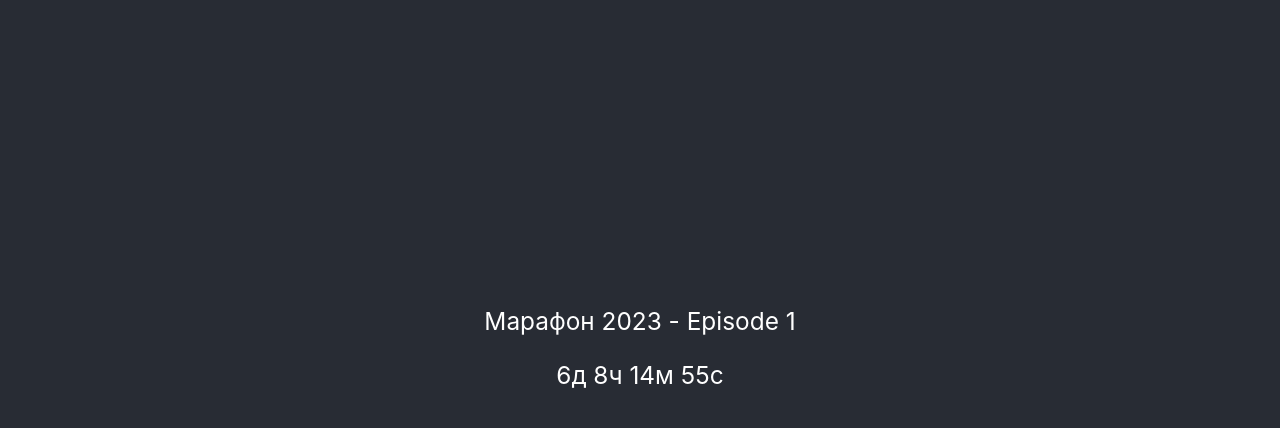
Repository: bandikost/capers
Page: /main
The author's editor kept a copy of each file at every save. The page is drawn from the files as they stood at one save, then again after the next save.
The browser window is 1280 px wide. The pictures show the whole page.
The page's requests for data from a server got no answer. The project was rebuilt for these pictures with package versions that can differ from the ones it lists, and the page was loaded fresh each time. No one was signed in, and anything a server would have sent is missing.

Above is the page before, as saved 2023-04-10 15:21:03.

### src/App.js
import logo from './logo.svg';
import './App.css';
import { BrowserRouter, Routes, Route } from "react-router-dom";
import Main from './components/Main';


function App() {
  return (
    <div className="App">
      <header className="App-header">
      <BrowserRouter >
        <Routes>
            <Route path='/main' element={<Main />}/>

        </Routes>
      </BrowserRouter>
      </header>
    </div>
  );
}

export default App;

### src/App.css
.App {
  text-align: center;
}

.App-logo {
  height: 40vmin;
  pointer-events: none;
}


.App-header {
  background-color: #282c34;
  min-height: 100vh;
  display: flex;
  flex-direction: column;
  align-items: center;
  justify-content: center;
  font-size: calc(10px + 2vmin);
  color: white;
}

.App-link {
  color: #61dafb;
}


.table {
  height: auto;
  margin: 0 auto 0;
}

.cell {
  border: 1px solid white;
  border-radius: 10px;
  width: 300px;
  margin: 50px 0px;
  display: flex;
  justify-content: space-between;
}

.cell p {
  padding: 0 20px;
}

.button {
  display: block;
  width: 120px;
  position: relative;
  z-index: 10;
  left: -140%;
  margin-top: -60px;
  height: 50px;
  opacity: 0;
}

### src/components/Main.jsx
import React, { useState, useEffect } from "react";
import firebase from "../firebase";

export const Main = () => {
  const [name, setName] = useState({});
  const [balance, setbalance] = useState({});
  const [editingUser, setEditingUser] = useState(null);
  const [targetDate, setTargetDate] = useState(null);
  const [timeRemaining, setTimeRemaining] = useState({});
  const [timer, setTimer] = useState(null);

  useEffect(() => {
    const balanceRef = firebase.database().ref("balance");
    balanceRef.on("value", (snapshot) => {
      const data = snapshot.val();
      setbalance(data);
    });
  }, []);

  useEffect(() => {
    const nameRef = firebase.database().ref("name");
    nameRef.on("value", (snapshot) => {
      const data = snapshot.val();
      setName(data);
    });
  }, []);

  useEffect(() => {
    const newTargetDate = new Date();
    newTargetDate.setDate(newTargetDate.getDate() + 6);
    newTargetDate.setHours(newTargetDate.getHours() + 8);
    newTargetDate.setMinutes(newTargetDate.getMinutes() + 15);
    setTargetDate(newTargetDate);
  }, []);

  useEffect(() => {
    if (targetDate) {
      const persistedTimer = JSON.parse(localStorage.getItem("timer"));
      if (persistedTimer) {
        setTimer(persistedTimer);
      } else {
        const newTimer = setInterval(() => {
          setTimeRemaining(calculateTimeRemaining(targetDate));
        }, 1000);
        setTimer(newTimer);
        localStorage.setItem("timer", newTimer);
      }
    }
  }, [targetDate]);

  useEffect(() => {
    return () => {
      clearInterval(timer);
      localStorage.removeItem("timer");
    };
  }, [timer]);

  function calculateTimeRemaining(targetDate) {
    const difference = +targetDate - +new Date();
    const timeRemaining = {};

    if (difference > 0) {
      timeRemaining.days = Math.floor(difference / (1000 * 60 * 60 * 24));
      timeRemaining.hours = Math.floor((difference / (1000 * 60 * 60)) % 24);
      timeRemaining.minutes = Math.floor((difference / 1000 / 60) % 60);
      timeRemaining.seconds = Math.floor((difference / 1000) % 60);
    } else {
      clearInterval(timer);
      timeRemaining.days = 0;
      timeRemaining.hours = 0;
      timeRemaining.minutes = 0;
      timeRemaining.seconds = 0;
    }

    return timeRemaining;
  }

  const handleEditClick = (user) => {
    setEditingUser(user);
  };

  const handleSaveClick = () => {
    setEditingUser(null);
  };

  const sortedBalances = Object.entries(balance).sort((a, b) => b[1] - a[1]);

  return (
    <div className="container">
      Марафон 2023 - Episode 1
      <p>
        {timeRemaining.days}д {timeRemaining.hours}ч {timeRemaining.minutes}м{" "}
        {timeRemaining.seconds}с
      </p>
    <div className="table">
      {sortedBalances.map((entry) => (
        <div className="cell" key={entry[0]}>
          <p >{name[entry[0]]}</p>
          <hr />
          {editingUser === entry[0] ? (
            <div>
              <input style={{width: "150px"}}
                type="text"
                value={balance[entry[0]]}
                onChange={(e) =>
                  firebase.database().ref(`balance/${entry[0]}`).set(e.target.value)
                }
              />
              <button onClick={handleSaveClick}>сохранить</button>
            </div>
          ) : (
            <div>
              <p>{entry[1]}<span style={{marginLeft: "5px"}}>₽</span></p>
              <button onClick={() => handleEditClick(entry[0])} className="button" style={{cursor: "pointer"}}>ред.</button>
            </div>
          )}
        </div>
      ))}
    </div>
    </div>
  );
};

export default Main;

### src/firebase.js

import "firebase/database";
import firebase from "firebase/compat/app";
import "firebase/compat/database";
import { getAuth } from "firebase/auth";
import { getFirestore } from "firebase/firestore";
import { getStorage, ref } from "firebase/storage";


const firebaseConfig = {
    apiKey: "AIzaSyBp1x8lQCSbuPwbK_sXJ7eGkGpN9c7ONY8",
    authDomain: "capers-a3171.firebaseapp.com",
    databaseURL: "https://capers-a3171-default-rtdb.europe-west1.firebasedatabase.app",
    projectId: "capers-a3171",
    storageBucket: "capers-a3171.appspot.com",
    messagingSenderId: "794243042023",
    appId: "1:794243042023:web:668504b8bdcbe9b7c63042",
    measurementId: "G-7YW48MQCSP"
  };

firebase.initializeApp(firebaseConfig);

export const auth = getAuth();
export const storage = getStorage()
export const db = getFirestore();
export default firebase;

Loaded but not shown: public/index.html (common file); src/index.js (common file); src/index.css (common file); src/reportWebVitals.js (common file)

After the next save:
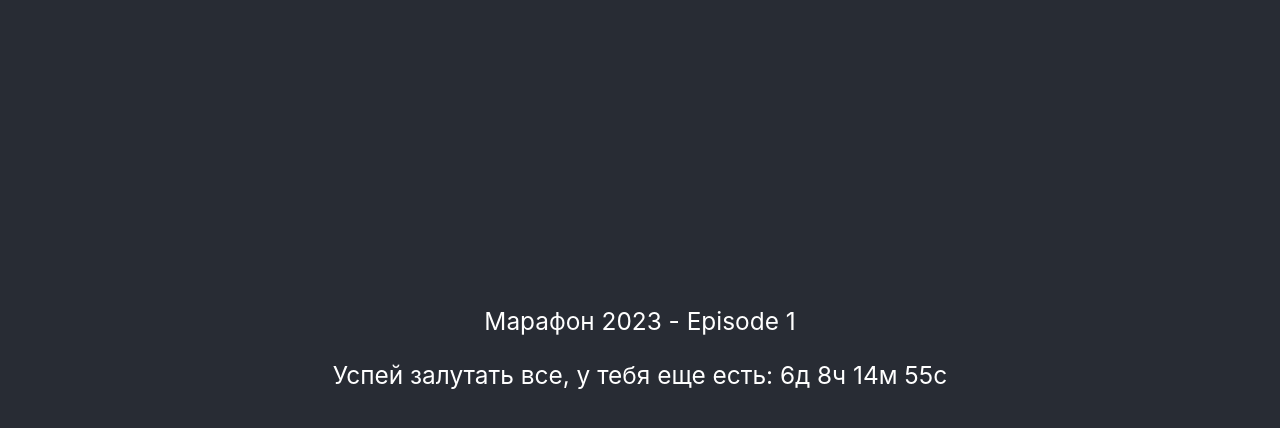
Saved 21 s later.
--- a/src/components/Main.jsx
+++ b/src/components/Main.jsx
@@ -89,7 +89,7 @@ export const Main = () => {
     <div className="container">
       Марафон 2023 - Episode 1
       <p>
-        {timeRemaining.days}д {timeRemaining.hours}ч {timeRemaining.minutes}м{" "}
+       Успей залутать все, у тебя еще есть: {timeRemaining.days}д {timeRemaining.hours}ч {timeRemaining.minutes}м{" "}
         {timeRemaining.seconds}с
       </p>
     <div className="table">
